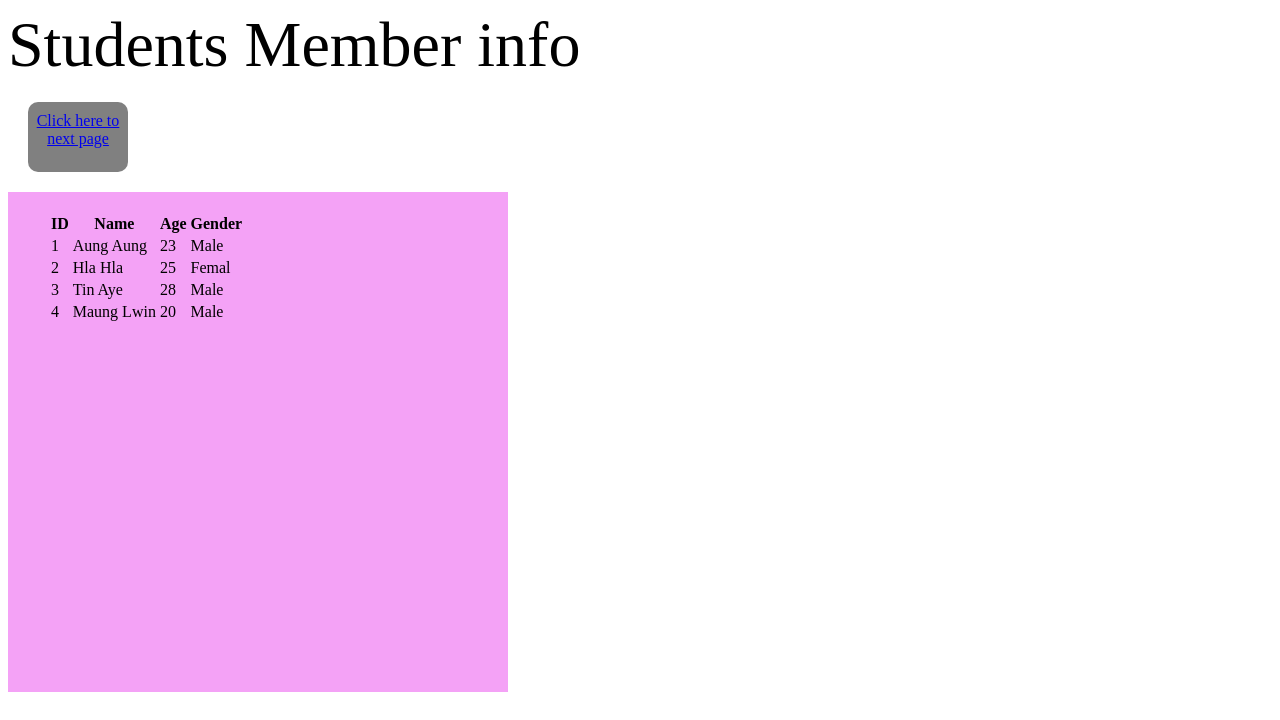
Repository: ThantLwinSoe/Servlet
Page: 01-Communication/src/main/webapp/index.html
The author's editor kept a copy of each file at every save. The page is drawn from the files as they stood at one save, then again after the next save.
The browser window is 1280 px wide. The pictures show the whole page.

Above is the page before, as saved 2023-02-07 02:49:53.

After the next save:
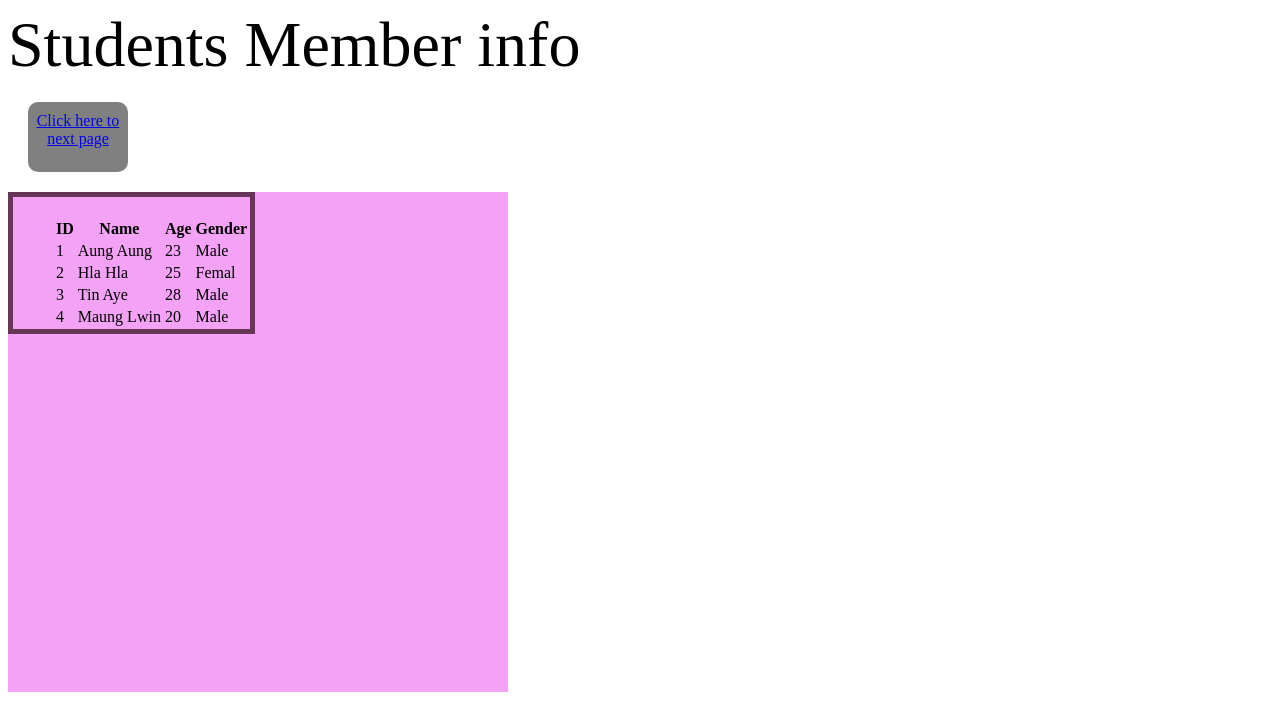
Saved 3 min 1 s later.
--- a/01-Communication/src/main/webapp/index.html
+++ b/01-Communication/src/main/webapp/index.html
@@ -25,6 +25,7 @@ h {
 .table_one {
 	padding-top: 20px;
 	padding-left: 40px;
+	border: 5px solid #663656;
 }
 </style>
 <title>Servlet Communication</title>
